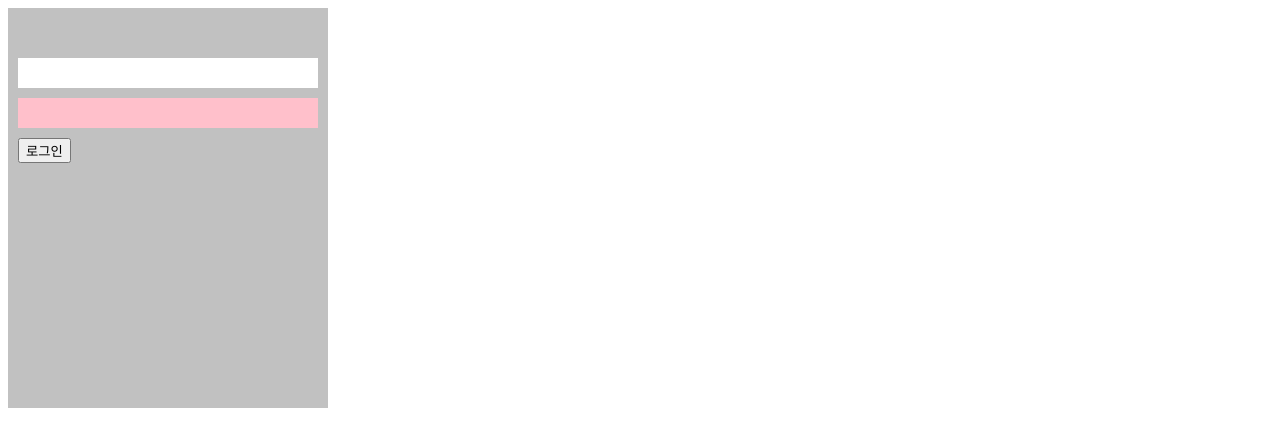
Repository: popll1/Pleiades
Page: http://localhost/jun29web/login.jsp
An editor plug-in stored every save of this project. The page is shown before and after the next save, followed by the edit.
The browser window is 1280 px wide. The pictures show the whole page.
The page is served by Tomcat 9.

Above is the page before, as saved 2023-06-29 06:48:25.

After the next save:
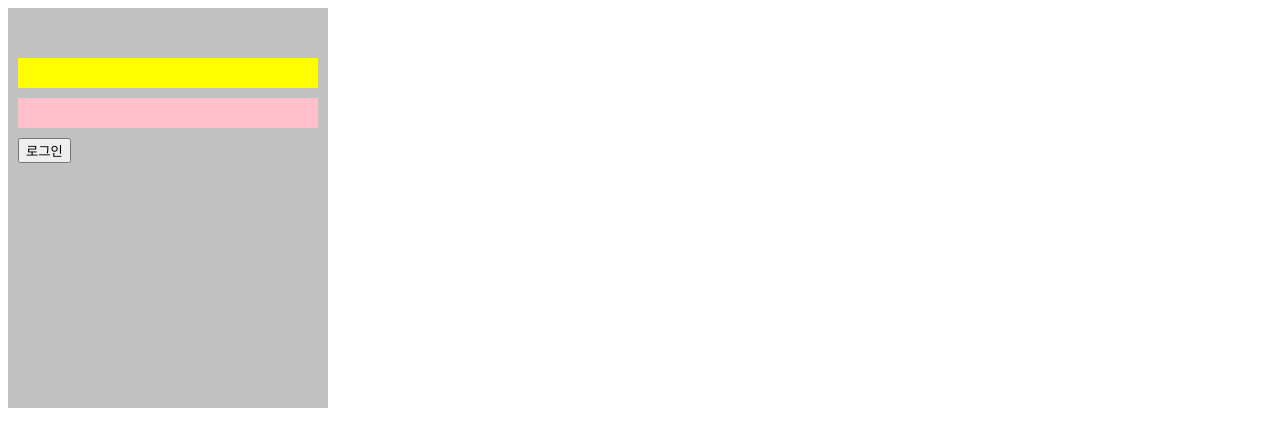
Saved 36 s later.
--- a/jun29web/src/main/webapp/login.jsp
+++ b/jun29web/src/main/webapp/login.jsp
@@ -24,7 +24,7 @@ input {
 	margin-bottom: 10px;
 }
 
-input [type=text] {
+input[type=text] {
 	background-color: yellow;
 	background-color: yellow;
 }
